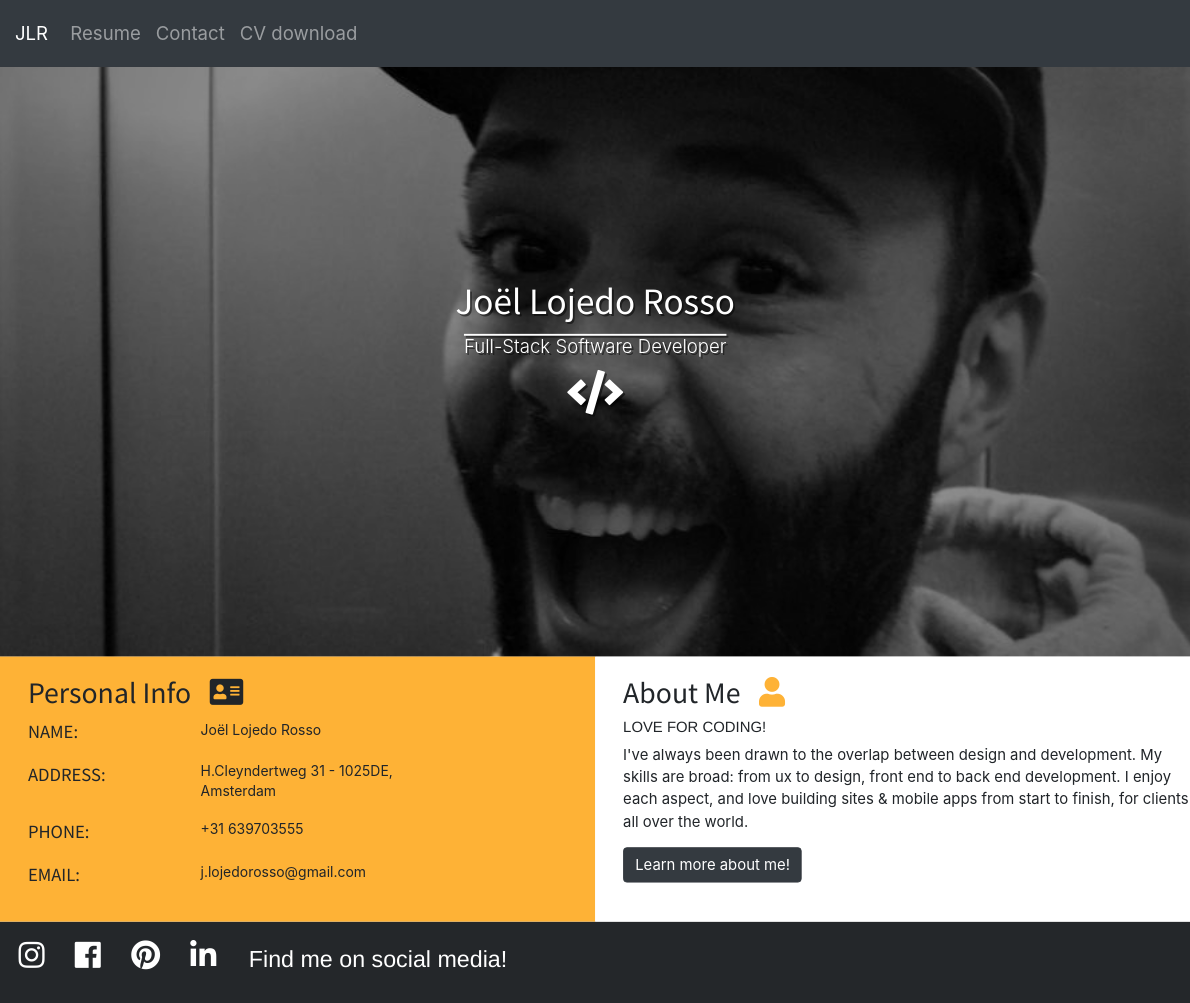
Repository: Kawaiisaki/Portfolio-site
Page: index.html
The author's editor kept a record of every edit. The page is drawn from the files as they stood at one moment, then again after the next edit.
The browser window is 1280 px wide. The pictures show the whole page, at 93% of full size.
Backgrounds fixed to the window are drawn as part of the page. Some web libraries are served in a nearby version.

Above is the page before.

After the next edit:
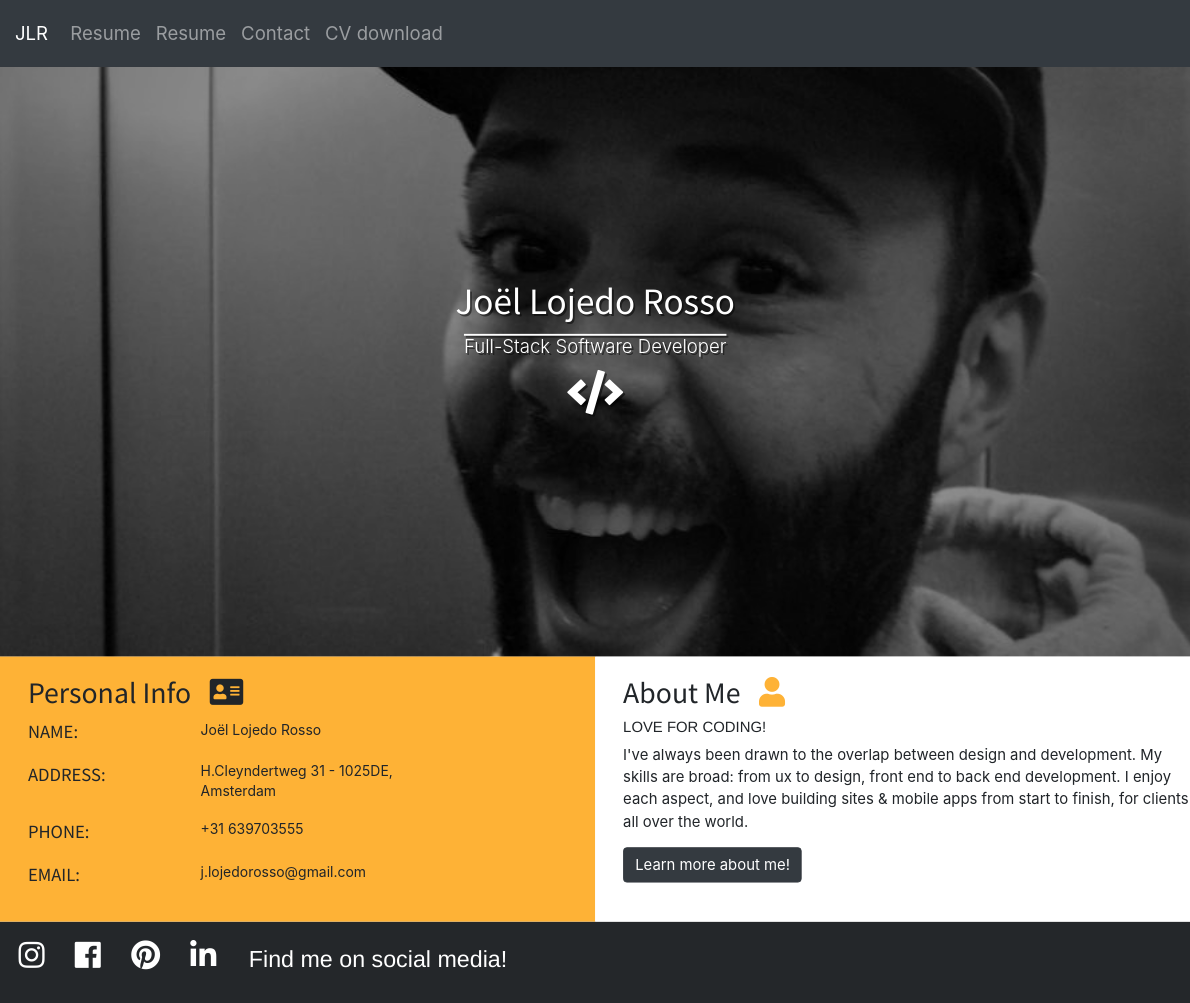
The edit:
--- a/index.html
+++ b/index.html
@@ -22,6 +22,9 @@
 
             <div class="collapse navbar-collapse" id="navbarSupportedContent">
                 <ul class="navbar-nav navbar-brand mr-auto">
+                    <li class="nav-item">
+                        <a class="nav-link" href="resume.html">Resume</a>
+                    </li>
                     <li class="nav-item">
                         <a class="nav-link" href="resume.html">Resume</a>
                     </li>
